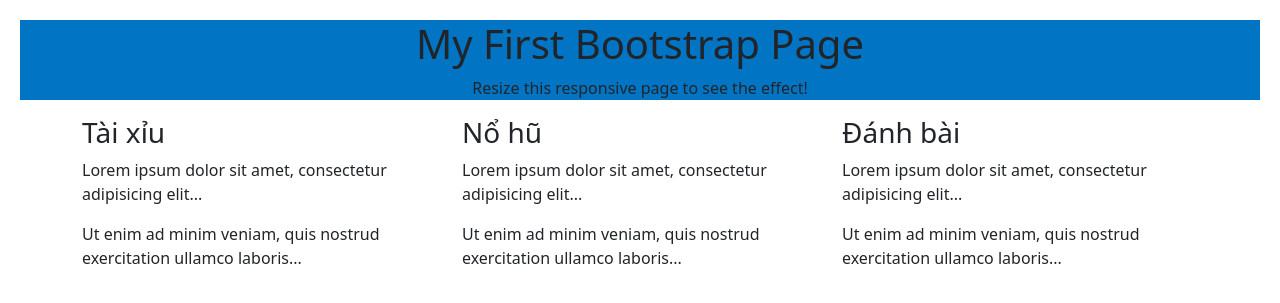
Repository: thanhp6868/ltWeb
Page: 0410/1/1.html
The author's editor kept a copy of each file at every save. The page is drawn from the files as they stood at one save, then again after the next save.
The browser window is 1280 px wide. The pictures show the whole page.

Above is the page before, as saved 2023-10-04 15:00:05.

### 0410/1/1.html
<!DOCTYPE html>
<html lang="en">

<head>
    <meta charset="UTF-8">
    <link href="https://cdn.jsdelivr.net/npm/bootstrap@5.2.3/dist/css/bootstrap.min.css" rel="stylesheet"
        integrity="sha384-rbsA2VBKQhggwzxH7pPCaAqO46MgnOM80zW1RWuH61DGLwZJEdK2Kadq2F9CUG65" crossorigin="anonymous">
    <meta name="viewport" content="width=device-width, initial-scale=1.0">
    <link rel="stylesheet" type="" href="style1.css">
    <title>Document</title>
</head>

<body style="padding: 20px;">
    <!-- <h1>Vi du</h1>
    <div class="row",>
        <div id="vidu_transition">
           <center> <div class="col-3" >
            noi dung
        </div></center>
        </div>
    </div> -->

    <div class="jumbotron text-center" style="background-color: #0174c3;">
        <h1>My First Bootstrap Page</h1>
        <p>Resize this responsive page to see the effect!</p>
      </div>
      <div class="container">
        <div class="row">
          <div class="col-sm-4">
            <h3>Tài xỉu</h3>
            <p>Lorem ipsum dolor sit amet, consectetur adipisicing elit...</p>
            <p>Ut enim ad minim veniam, quis nostrud exercitation ullamco laboris...</p>
          </div>
          <div class="col-sm-4">
            <h3>Nổ hũ</h3>
            <p>Lorem ipsum dolor sit amet, consectetur adipisicing elit...</p>
            <p>Ut enim ad minim veniam, quis nostrud exercitation ullamco laboris...</p>
          </div>
          <div class="col-sm-4">
            <h3>Đánh bài</h3>
            <p>Lorem ipsum dolor sit amet, consectetur adipisicing elit...</p>
            <p>Ut enim ad minim veniam, quis nostrud exercitation ullamco laboris...</p>
          </div>
        </div>
      </div>
</body>

</html>

### 0410/1/style1.css
body{

}

#vidu_transition{
    font-size: 20px;
    border-radius: 20px;
    border: 0.5px solid #999999;
    height: 300px;
    width: 300px;
    background-color: bisque;
    transition: 0.5s;
}
#vidu_transition:hover{
        height: 500px;
        width: 500px;
        background-color: yellow;
}

After the next save:
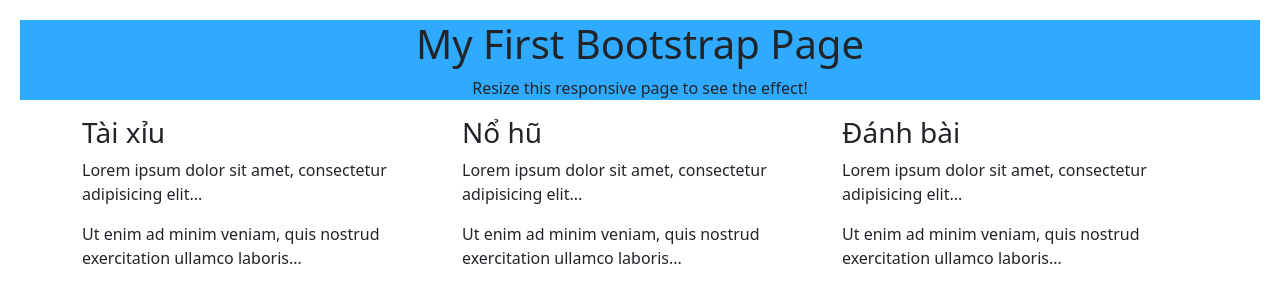
Saved 39 s later.
--- a/0410/1/1.html
+++ b/0410/1/1.html
@@ -20,7 +20,7 @@
         </div>
     </div> -->
 
-    <div class="jumbotron text-center" style="background-color: #0174c3;">
+    <div class="jumbotron text-center" style="background-color: #2faaff;">
         <h1>My First Bootstrap Page</h1>
         <p>Resize this responsive page to see the effect!</p>
       </div>
